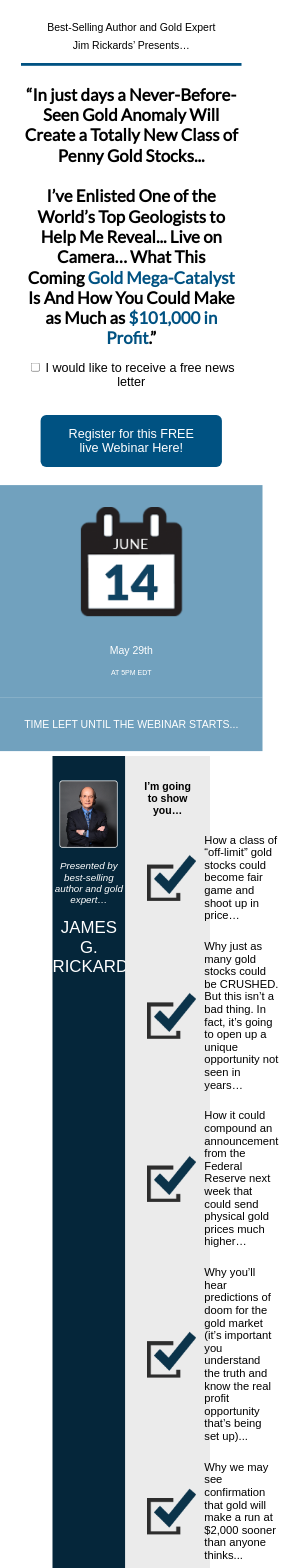
Repository: KrystellBarraza/Test
Page: index.html
The author's editor kept a copy of each file at every save. The page is drawn from the files as they stood at one save, then again after the next save.
The browser window is 375 px wide. The page is 409 px wide, so the pictures cover 409 px, including what lies to the right of the window. The pictures show the part of the page from y = 0 to 2240 px (the page is 2771 px tall before and 2935 px after), at 70% of full size.

Above is the page before, as saved 2019-10-07 10:53:08.

### index.html
<!DOCTYPE <!DOCTYPE html>
<!--[if lt IE 7]>      <html class="no-js lt-ie9 lt-ie8 lt-ie7"> <![endif]-->
<!--[if IE 7]>         <html class="no-js lt-ie9 lt-ie8"> <![endif]-->
<!--[if IE 8]>         <html class="no-js lt-ie9"> <![endif]-->
<!--[if gt IE 8]><!--> <html class="no-js"> <!--<![endif]-->
    <head>
        <meta charset="utf-8">
        <meta http-equiv="X-UA-Compatible" content="IE=edge">
        <title>Newsletter Offer</title>
        <meta name="description" content="Newsletter">
        <meta name="viewport" content="width=device-width, initial-scale=1">
        <link href="https://fonts.googleapis.com/css?family=Lato&display=swap" rel="stylesheet">
        <link rel="stylesheet" href="style.css">
    </head>
    <body>
        <div class="container-top">
            <div class="header">
                <p>Best-Selling Author and Gold Expert<br> Jim Rickards’ Presents…</p>
            </div>

            <div class="content">
                <hr style="border: 2px solid #005282">
                <br>

                <h1>“In just days a Never-Before- Seen Gold Anomaly
                    Will Create a Totally New Class of Penny Gold Stocks...
                    <br>
                    <br>
                    I’ve Enlisted One of the World’s Top Geologists
                    to Help Me Reveal... Live on Camera… What This<br>
                    Coming <span class="highlight">Gold Mega-Catalyst</span> Is And How You Could Make
                    as Much as <span class="highlight">$101,000 in Profit</span>.”
                </h1>
                <br>

                <input type="checkbox" name="signup" value="yes"><span style="font-size: 18px; font-family: arial, sans-serif;"> I would like to receive a free news letter</span><br>
                <br>
                <br>
                <div class="button-container">
                    <button class="button button-top"><span style="font-size: 18px; font-family: arial, sans-serif; font-weight: 500;">Register for this FREE <br>live Webinar Here!</span></button>
                </div>
            </div>
        </div>

        <div class="container-middle">
            <div class="blocks blocks-left">
                <img src="images/Calendar.png">
                <br>
                <br>
                <br>
                <p style="color: #fff; font-weight: 500;">May 29th</p>
                <br>
                <span style="font-size: 10px; font-family: arial, sans-serif; text-transform: uppercase;">at 5PM EDT</span>
            </div>

            <div class="blocks blocks-right">
                <p style="color: #fff;">TIME LEFT UNTIL THE WEBINAR STARTS...</p>
            </div>
        </div>

        <div class="container-bottom">
            <div class="block-left">
                <img src="images/JimRickards.png">
                <br>
                <br>
                <p style="color: #fff; font-size: 14px; font-style: italic;">Presented by best-selling author and gold expert…</p>
                <br>
                <p style="color: #fff; font-size: 24px;">JAMES G. RICKARDS</p>
            </div>

            <div class="block-right">
                <p style="text-align: center; font-weight: bold;">I’m going to show you…</p>

                <table>
                    <tr>
                        <td><img src="images/checkmark.png"></td>
                        <td><p style="font-size: 16px;">How a class of “off-limit” gold stocks could become fair game and shoot up in price…</p></td>
                    </tr>

                    <tr>
                        <td><img src="images/checkmark.png"></td>
                        <td><p style="font-size: 16px;">Why just as many gold stocks could be CRUSHED. But this isn’t a bad thing.
                        In fact, it’s going to open up a unique opportunity not seen in years…</p></td>
                    </tr>

                    <tr>
                        <td><img src="images/checkmark.png"></td>
                        <td><p style="font-size: 16px;">How it could compound an announcement from the Federal Reserve next week
                        that could send physical gold prices much higher…</p></td>
                    </tr>

                    <tr>
                        <td><img src="images/checkmark.png"></td>
                        <td><p style="font-size: 16px;">Why you’ll hear predictions of doom for the gold market (it’s important you
                        understand the truth and know the real profit opportunity that’s being set up)...</p></td>
                    </tr>

                    <tr>
                        <td><img src="images/checkmark.png"></td>
                        <td><p style="font-size: 16px;">Why we may see confirmation that gold will make a run at $2,000 sooner than
                        anyone thinks...</p></td>
                    </tr>
                </table>
            </div>

        </div>

        <div class="container-footer">
            <div class="warning">
                <img src="images/exclamation.png" class="exclamation-mark"/>
                <p style="color: #fff; font-size: 16px;" class="warning-text">WARNING: SPACE IS LIMITED & THESE LIVE TRAININGS ALWAYS FILL UP</p>
            </div>

            <div class="claim">
                <p style="color: #fff; font-size: 14px; font-style: italic;">Claim your spot below before it's too late!</p>
            </div>

            <div class="checkbox">
                <input type="checkbox" name="signup" value="yes"><span style="font-size: 18px; font-family: arial, sans-serif;"> I would like to receive a free news letter</span><br>
            </div>

            <div class="closing-button">
                <button class="button button-top"><span style="font-size: 18px; font-family: arial, sans-serif; font-weight: 500;">YES! Reserve My Spot Now! >></span></button>
            </div>

            <div class="footer">
                <br>
                <br>
            </div>
        </div>

        <script src="app.js" async defer></script>
    </body>
</html>

### style.css
* {
    box-sizing: border-box;
}

html {
    scroll-behavior: smooth;
}

body {
    margin: 0;
    background-color: #fff;
}

p {
    font-family: arial, sans-serif;
    color: #000;
    margin: 0;
    font-size: 18px;
}

h1 {
    font-family: "Lato", sans-serif;
    margin: 0;
}

/* Container - Top */

.container-top {
    display: grid;
    grid-template-columns: repeat(12, 1fr);
    grid-template-rows: auto 1fr 1fr;
    grid-gap: 5px;
    grid-column-gap: 20px;
    padding-left: 24%;
    padding-right: 24%;
    padding-top: 2%;
    grid-template-areas:
    "h h h h h h h h h h h h"
    "c c c c c c c c c c c c"
    "c c c c c c c c c c c c"
    "c c c c c c c c c c c c"
    "c c c c c c c c c c c c"
    "c c c c c c c c c c c c"
    "c c c c c c c c c c c c";
}

.header {
    grid-area: h;
    text-align: center;
    line-height: 19pt;
}

.content {
    grid-area: c;
    text-align: center;
}

.highlight {
    color: #005282;
}

.button {
    background-color: #005282;
    border: none;
    color: #fff;
    padding-top: 16px;
    padding-bottom: 16px;
    padding-left: 120px;
    padding-right: 120px;
    border-radius: 8px;
}

.button-container {
    align-content: center;
}

@media screen and (max-width: 415px) {
    .container-top {
        display: grid;
        grid-template-columns: repeat(12, 1fr);
        grid-template-rows: auto 1fr 1fr;
        grid-gap: 5px;
        grid-column-gap: 20px;
        padding-left: 8%;
        padding-right: 8%;
        padding-top: 7%;
        grid-template-areas:
        "h h h h h h h h h h h h"
        "c c c c c c c c c c c c"
        "c c c c c c c c c c c c"
        "c c c c c c c c c c c c"
        "c c c c c c c c c c c c"
        "c c c c c c c c c c c c"
        "c c c c c c c c c c c c";
    }

    p {
        font-size: 15px;
    }

    h1 {
        font-size: 24px;
    }

    .button {
        padding-left: 40px;
        padding-right: 40px;
    }
}

/* Container - Middle */

.container-middle {
    display: grid;
    grid-template-columns: repeat(12, 1fr);
    grid-template-rows: auto 1fr 1fr;
    grid-gap: 5px;
    grid-column-gap: 20px;
    padding-left: 20%;
    padding-right: 20%;
    padding-top: 2%;
    grid-template-areas:
    "l l l l r r r r r r r r"
    "l l l l r r r r r r r r"
    "l l l l r r r r r r r r"
    "l l l l r r r r r r r r"
    "l l l l r r r r r r r r";
}

.blocks {
    background-color: #71a1be;
    color: #fff;
    padding-top: 30px;
    padding-bottom: 30px;
}

.blocks-left {
    grid-area: l;
    text-align: center;
}

.blocks-left > img {
    object-fit: contain;
    width: 40%;
}

.blocks-right {
    grid-area: r;
    text-align: center;
}

@media screen and (max-width: 415px) {
    .container-middle {
        display: grid;
        grid-template-columns: repeat(12, 1fr);
        grid-template-rows: auto 1fr 1fr;
        grid-gap: 0;
        grid-column-gap: 20px;
        padding-left: 0%;
        padding-right: 0%;
        padding-top: 7%;
        grid-template-areas:
        "l l l l l l l l l l l l"
        "l l l l l l l l l l l l"
        "l l l l l l l l l l l l"
        "l l l l l l l l l l l l"
        "l l l l l l l l l l l l"
        "r r r r r r r r r r r r"
        "r r r r r r r r r r r r"
        "r r r r r r r r r r r r"
        "r r r r r r r r r r r r"
        "r r r r r r r r r r r r";
    }
}

/* Container - Bottom */

.container-bottom {
    display: grid;
    grid-template-columns: repeat(13, 1fr);
    grid-template-rows: auto 1fr 1fr;
    grid-gap: 5px;
    grid-column-gap: 0px;
    padding-left: 20%;
    padding-right: 20%;
    padding-top: 2%;
    grid-template-areas:
    "b b b b b b g g g g g g g"
    "b b b b b b g g g g g g g"
    "b b b b b b g g g g g g g"
    "b b b b b b g g g g g g g"
    "b b b b b b g g g g g g g";
}

.block-left {
    grid-area: b;
    background-color: #05263a;
    text-align: center;
    padding-top: 35px;
    padding-bottom: 35px;
}

.block-left > img {
    object-fit: contain;
    width: 80%;
}

.block-right {
    grid-area: g;
    background-color: #ebebeb;
    color: #000;
    padding-top: 35px;
    padding-bottom: 35px;
    padding-left: 20px;
    padding-right: 20px;
}

td {
    padding-top: 15px;
}

table {
    border-spacing: 10px 10px;
}

/* Container - Footer */

.container-footer {
    display: grid;
    grid-template-columns: repeat(12, 1fr);
    grid-template-rows: auto 1fr 1fr;
    grid-column-gap: 20px;
    padding-left: 20%;
    padding-right: 20%;
    padding-top: 2%;
    grid-template-areas:
    "p p p p p p p p p p p p"
    "n n n n n n n n n n n n"
    "w w w w w w w w w w w w"
    "s s s s s s s s s s s s"
    "f f f f f f f f f f f f";
}

.warning {
    grid-area: p;
    background-color: #f58c99;
    text-align: center;
    align-content: center;
    padding-left: 60px;
    padding-right: 60px;
    display: flex;
}

.exclamation-mark {
    width: 45px;
    height: 45px;
    margin: 6px;
}

.warning-text {
    padding-top: 20px;
    padding-left: 25px;
    padding-bottom: 20px;
}

.claim {
    grid-area: n;
    background-color: #05263a;
    text-align: center;
    padding-top: 32px;
    padding-bottom: 32px;
    position: relative;
}

.claim::after {
    content:'';
    position: absolute;
    top: 100%;
    left: 0;
    right: 0;
    margin: 0 auto;
    width: 0;
    height: 0;
    border-top: solid 30px #05263a;
    border-left: solid 60px transparent;
    border-right: solid 60px transparent;
}

.checkbox {
    grid-area: w;
    text-align: center;
    padding-top: 26px;
    padding-bottom: 26px;
}

.closing-button {
    grid-area: s;
    text-align: center;
}

.footer {
    grid-area: f;
}

Loaded but not shown: app.js (no stored copy; drawn as an empty file)

After the next save:
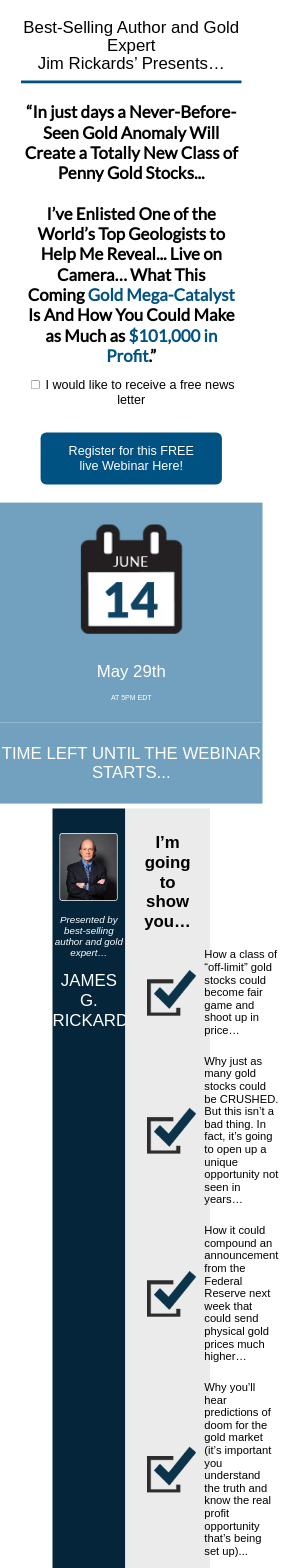
Saved 3 min 43 s later.
--- a/style.css
+++ b/style.css
@@ -171,6 +171,10 @@
         "r r r r r r r r r r r r"
         "r r r r r r r r r r r r";
     }
+
+    p {
+        font-size: 24px;
+    }
 }
 
 /* Container - Bottom */
